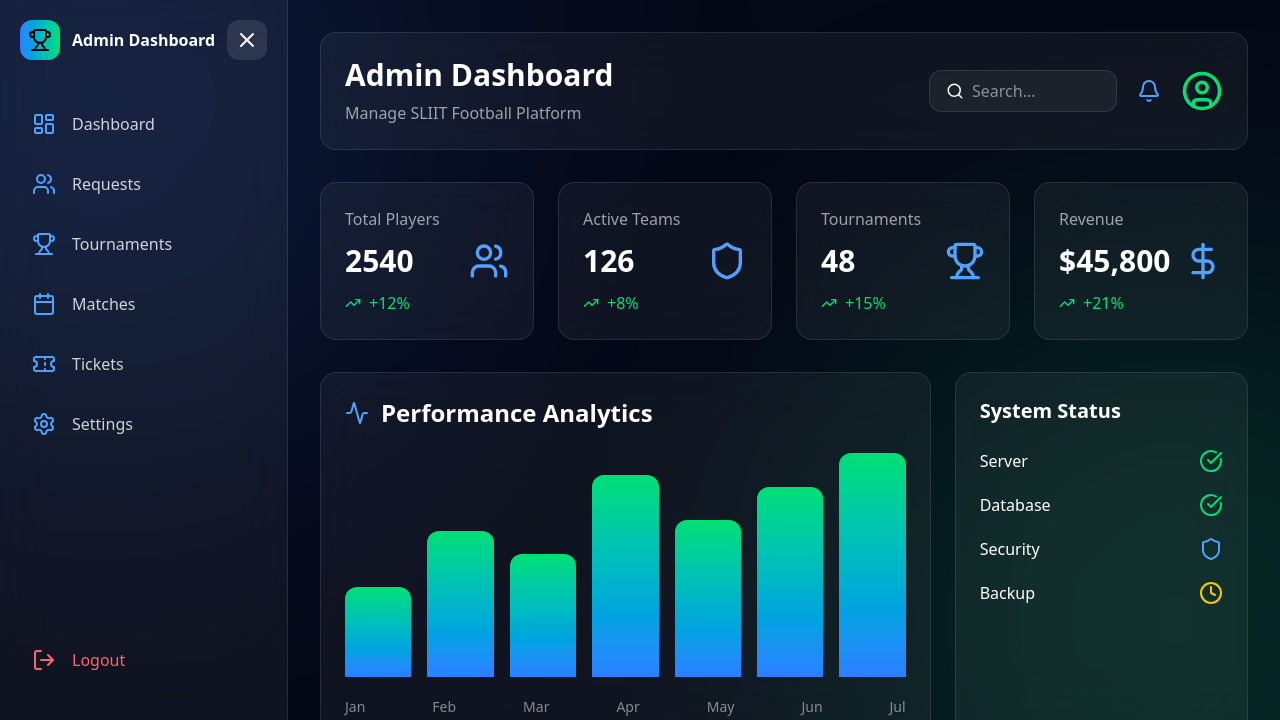
Repository: azeez6789/springboot-footbal-web
Page: / (app in client/)
An editor plug-in stored every save of this project. The page is shown before and after the next save, followed by the edit.
The browser window is 1280 px wide. The pictures show the whole page.
An inner scrolling area shows only its first screen. The project was rebuilt for these pictures with package versions that can differ from the ones it lists, and the page was loaded fresh each time. Also part of the build but not shown: client/vite.config.js, client/src/common/services/userService.js, client/src/common/pages/home.jsx, client/src/common/component/login.jsx, client/src/common/component/register.jsx, client/src/common/component/About.jsx, client/src/common/pages/tournament.jsx, client/src/common/pages/event.jsx and 2 more.

Above is the page before, as saved 2026-07-17 20:28:05.

### client/index.html
<!doctype html>
<html lang="en">
  <head>
    <meta charset="UTF-8" />
    <link rel="icon" type="image/svg+xml" href="/favicon.svg" />
    <meta name="viewport" content="width=device-width, initial-scale=1.0" />
    <title>SLIIT FOOTBALL  </title>
  </head>
  <body>
    <div id="root"></div>
    <script type="module" src="/src/main.jsx"></script>
  </body>
</html>

### client/src/main.jsx
import { StrictMode } from 'react'
import { createRoot } from 'react-dom/client'
import './index.css'
import App from './App.jsx'

createRoot(document.getElementById('root')).render(
  <StrictMode>
    <App />
  </StrictMode>
)

### client/src/App.jsx
import { BrowserRouter as Router, Routes, Route } from "react-router-dom";
import allRoutes from "./routes";
import { ToastContainer } from "react-toastify";
import "react-toastify/dist/ReactToastify.css";
import CRoutes from "./routes/commonroutes.jsx";


function App() {
  return (

    <Router>
      <Routes>
        {allRoutes.map((route, index) => (
          <Route key={index} path={route.path} element={route.element} />
        ))}
      </Routes>

      <ToastContainer
        position="top-right"
        autoClose={3000}
        hideProgressBar={false}
        newestOnTop={false}
        closeOnClick
        rtl={false}
        pauseOnFocusLoss
        draggable
        pauseOnHover
        theme="dark"
      />

    </Router>
  );
}

export default App;

### client/src/routes/index.jsx
import CRoutes from './commonroutes'
import fun01Routes from './function_01'

const allRoutes = [
    ...CRoutes,
    ...fun01Routes
]


export default allRoutes;

### client/src/routes/commonroutes.jsx
import Homepage from "../common/pages/home";
import Login  from "../common/component/login";
import Register from "../common/component/register";
import About from "../common/component/About";
import TournamentPage from "../common/pages/tournament";
import EventPage from "../common/pages/event";
import TicketPage from "../common/pages/ticket";


const commonroutes = [
    {path: "/home", element: <Homepage /> },
    {path: "/component/login" ,  element: <Login/>  },
    {path: "/component/register" ,  element: <Register/>  },
    {path: "/component/about" ,  element: <About/>  },
    {path: "/pages/tournament" ,  element: <TournamentPage/>  },
    {path: "/pages/event" ,  element: <EventPage/>  },
    {path: "/pages/ticket" ,  element: <TicketPage/>  },

];


export default commonroutes;

### client/src/routes/function_01.jsx
import Regrequest from "../function-01/pages/registerrequest";
import AdminDah from "../function-01/pages/AdminDashboard";

const function_01 = [

    {path: "/pages/Regrequest" ,  element: <Regrequest/>  },
    {path: "/" ,  element: <AdminDah/>  },

];


export default function_01;

### client/src/function-01/pages/AdminDashboard.jsx
import React, { useState } from "react";
import { useNavigate } from "react-router-dom";
import {
  LayoutDashboard,
  Users,
  Trophy,
  Calendar,
  Ticket,
  DollarSign,
  Settings,
  Bell,
  Search,
  Menu,
  X,
  UserCircle,
  TrendingUp,
  Shield,
  LogOut,
  ChevronRight,
  Activity,
  Award,
  CheckCircle,
  Clock,
  Star
} from "lucide-react";

export default function AdminDashboard() {
  const [sidebarOpen, setSidebarOpen] = useState(true);

  const navigate = useNavigate();

  const stats = [
    { title: "Total Players", value: "2540", icon: Users, growth: "+12%" },
    { title: "Active Teams", value: "126", icon: Shield, growth: "+8%" },
    { title: "Tournaments", value: "48", icon: Trophy, growth: "+15%" },
    { title: "Revenue", value: "$45,800", icon: DollarSign, growth: "+21%" }
  ];

  const players = [
    { name: "A. Perera", position: "Forward", team: "SLIIT Warriors", status: "Active" },
    { name: "M. Fernando", position: "Midfielder", team: "Blue Lions", status: "Active" },
    { name: "K. Silva", position: "Defender", team: "Royal FC", status: "Pending" },
    { name: "R. Mendis", position: "Goal Keeper", team: "Campus Stars", status: "Active" }
  ];

  const tournaments = [
    { name: "SLIIT Football Cup 2026", date: "August 12, 2026", teams: "32 Teams", status: "Running" },
    { name: "Inter University Championship", date: "September 05, 2026", teams: "24 Teams", status: "Upcoming" },
    { name: "Freshers League", date: "October 20, 2026", teams: "16 Teams", status: "Planning" }
  ];

  const activities = [
    "New player registration approved",
    "Tournament schedule updated",
    "New team created",
    "Ticket payment received",
    "Match result published"
  ];

  return (
    // 1. Locked main screen wrapper height to prevent window scrolling
    <div className="h-screen w-screen bg-[#050816] text-white relative overflow-hidden flex">
      {/* Background Blobs */}
      <div className="fixed w-[600px] h-[600px] bg-blue-500/20 blur-[160px] rounded-full top-[-200px] left-[-200px] pointer-events-none"></div>
      <div className="fixed w-[600px] h-[600px] bg-green-400/20 blur-[160px] rounded-full bottom-[-200px] right-[-200px] pointer-events-none"></div>

      {/* 2. SIDEBAR - Now perfectly static relative to layout viewport */}
      <div className={`${sidebarOpen ? "w-72" : "w-20"} h-screen bg-white/5 border-r border-white/10 backdrop-blur-xl p-5 transition-all duration-300 flex flex-col justify-between flex-shrink-0 z-20`}>
        <div>
          <div className="flex items-center justify-between mb-10">
            {sidebarOpen && (
              <div className="flex items-center gap-3">
                <div className="p-2 rounded-xl bg-gradient-to-r from-blue-500 to-green-400">
                  <Trophy className="text-black" />
                </div>
                <h1 className="text-L font-bold whitespace-nowrap">Admin Dashboard</h1>
              </div>
            )}
            <button
              onClick={() => setSidebarOpen(!sidebarOpen)}
              className="p-2 bg-white/10 rounded-xl hover:bg-white/20"
            >
              {sidebarOpen ? <X/> : <Menu />}
            </button>
          </div>

         <div className="space-y-3">
  <div
    onClick={() => navigate("/")}
    className="flex items-center gap-4 p-3 rounded-xl text-white/80 hover:bg-blue-500/20 cursor-pointer transition"
  >
    <LayoutDashboard className="text-blue-400" />
    {sidebarOpen && <span>Dashboard</span>}
  </div>

  <div
    onClick={() => navigate("/pages/Regrequest")}
    className="flex items-center gap-4 p-3 rounded-xl text-white/80 hover:bg-blue-500/20 cursor-pointer transition"
  >
    <Users className="text-blue-400" />
    {sidebarOpen && <span>Requests</span>}
  </div>

  <div
    onClick={() => navigate("/pages/tournament")}
    className="flex items-center gap-4 p-3 rounded-xl text-white/80 hover:bg-blue-500/20 cursor-pointer transition"
  >
    <Trophy className="text-blue-400" />
    {sidebarOpen && <span>Tournaments</span>}
  </div>

  <div
    onClick={() => navigate("/pages/event")}
    className="flex items-center gap-4 p-3 rounded-xl text-white/80 hover:bg-blue-500/20 cursor-pointer transition"
  >
    <Calendar className="text-blue-400" />
    {sidebarOpen && <span>Matches</span>}
  </div>

  <div
    onClick={() => navigate("/pages/ticket")}
    className="flex items-center gap-4 p-3 rounded-xl text-white/80 hover:bg-blue-500/20 cursor-pointer transition"
  >
    <Ticket className="text-blue-400" />
    {sidebarOpen && <span>Tickets</span>}
  </div>

  <div
    onClick={() => navigate("/component/register")}
    className="flex items-center gap-4 p-3 rounded-xl text-white/80 hover:bg-blue-500/20 cursor-pointer transition"
  >
    <Settings className="text-blue-400" />
    {sidebarOpen && <span>Settings</span>}
  </div>
</div>
        </div>

        <div className="mb-4">
          <div className="flex items-center gap-4 p-3 rounded-xl text-red-400 hover:bg-red-500/20 cursor-pointer">
            <LogOut className="flex-shrink-0" />
            {sidebarOpen && <span>Logout</span>}
          </div>
        </div>
      </div>

      {/* 3. MAIN CONTENT CONTAINER - This handles the scrolling now */}
      <div className="flex-1 h-screen overflow-y-auto p-8 relative z-10">
        {/* HEADER */}
        <div className="flex justify-between items-center bg-white/5 border border-white/10 backdrop-blur-xl rounded-2xl p-6 mb-8">
          <div>
            <h1 className="text-3xl font-bold">Admin Dashboard</h1>
            <p className="text-white/60 mt-2">Manage SLIIT Football Platform</p>
          </div>

          <div className="flex items-center gap-5">
            <div className="flex items-center gap-2 bg-white/5 border border-white/10 px-4 py-2 rounded-xl">
              <Search size={18} />
              <input placeholder="Search..." className="bg-transparent outline-none w-32" />
            </div>
            <Bell className="text-blue-400" />
            <UserCircle size={42} className="text-green-400" />
          </div>
        </div>

        {/* STATISTICS CARDS */}
        <div className="grid grid-cols-1 md:grid-cols-2 xl:grid-cols-4 gap-6 mb-8">
          {stats.map((item, index) => (
            <div
              key={index}
              className="bg-white/5 border border-white/10 backdrop-blur-xl rounded-2xl p-6 hover:bg-white/10 transition"
            >
              <div className="flex justify-between items-center">
                <div>
                  <p className="text-white/60">{item.title}</p>
                  <h2 className="text-3xl font-bold mt-3">{item.value}</h2>
                  <div className="flex items-center gap-2 text-green-400 mt-3">
                    <TrendingUp size={16} />
                    {item.growth}
                  </div>
                </div>
                <item.icon size={40} className="text-blue-400" />
              </div>
            </div>
          ))}
        </div>

        {/* ANALYTICS & SYSTEM STATUS */}
        <div className="grid lg:grid-cols-3 gap-6 mb-8">
          <div className="lg:col-span-2 bg-white/5 border border-white/10 backdrop-blur-xl rounded-2xl p-6">
            <div className="flex items-center gap-3 mb-6">
              <Activity className="text-blue-400" />
              <h2 className="text-2xl font-bold">Performance Analytics</h2>
            </div>

            <div className="h-56 flex items-end gap-4">
              {[40, 65, 55, 90, 70, 85, 100].map((height, index) => (
                <div
                  key={index}
                  style={{ height: `${height}%` }}
                  className="flex-1 bg-gradient-to-t from-blue-500 to-green-400 rounded-t-xl"
                ></div>
              ))}
            </div>

            <div className="flex justify-between text-white/50 text-sm mt-5">
              <span>Jan</span>
              <span>Feb</span>
              <span>Mar</span>
              <span>Apr</span>
              <span>May</span>
              <span>Jun</span>
              <span>Jul</span>
            </div>
          </div>

          <div className="bg-white/5 border border-white/10 backdrop-blur-xl rounded-2xl p-6">
            <h2 className="text-xl font-bold mb-6">System Status</h2>
            <div className="space-y-5">
              <div className="flex justify-between items-center">
                <span>Server</span>
                <CheckCircle className="text-green-400" />
              </div>
              <div className="flex justify-between items-center">
                <span>Database</span>
                <CheckCircle className="text-green-400" />
              </div>
              <div className="flex justify-between items-center">
                <span>Security</span>
                <Shield className="text-blue-400" />
              </div>
              <div className="flex justify-between items-center">
                <span>Backup</span>
                <Clock className="text-yellow-400" />
              </div>
            </div>
          </div>
        </div>

        {/* PLAYER MANAGEMENT */}
        <div className="bg-white/5 border border-white/10 backdrop-blur-xl rounded-2xl p-6 mb-8">
          <div className="flex justify-between items-center mb-6">
            <h2 className="text-2xl font-bold">Player Management</h2>
            <button className="px-5 py-2 rounded-xl bg-gradient-to-r from-blue-500 to-green-400 text-black font-semibold">
              View All
            </button>
          </div>

          <div className="overflow-x-auto">
            <table className="w-full">
              <thead>
                <tr className="border-b border-white/10 text-white/50 text-left">
                  <th className="pb-4">Player</th>
                  <th>Position</th>
                  <th>Team</th>
                  <th>Status</th>
                </tr>
              </thead>
              <tbody>
                {players.map((player, index) => (
                  <tr key={index} className="border-b border-white/10 hover:bg-white/5 transition">
                    <td className="py-5 font-semibold">{player.name}</td>
                    <td className="text-white/70">{player.position}</td>
                    <td className="text-white/70">{player.team}</td>
                    <td>
                      <span className={`px-3 py-1 rounded-full text-sm ${
                        player.status === "Active"
                          ? "bg-green-400/20 text-green-300"
                          : "bg-yellow-400/20 text-yellow-300"
                      }`}>
                        {player.status}
                      </span>
                    </td>
                  </tr>
                ))}
              </tbody>
            </table>
          </div>
        </div>

        {/* TOURNAMENT CARDS */}
        <div className="grid md:grid-cols-3 gap-6 mb-8">
          {tournaments.map((tour, index) => (
            <div
              key={index}
              className="bg-white/5 border border-white/10 backdrop-blur-xl rounded-2xl p-6 hover:bg-white/10 transition"
            >
              <div className="flex justify-between items-center">
                <Trophy className="text-yellow-400" />
                <Star className="text-blue-400" />
              </div>
              <h3 className="text-xl font-bold mt-5">{tour.name}</h3>
              <p className="text-white/60 mt-3">{tour.date}</p>
              <p className="text-blue-300 mt-2">{tour.teams}</p>
              <div className="flex justify-between items-center mt-6">
                <span className="px-3 py-1 rounded-full bg-blue-500/20 text-blue-300 text-sm">
                  {tour.status}
                </span>
                <ChevronRight className="text-white/60" />
              </div>
            </div>
          ))}
        </div>

        {/* RECENT ACTIVITIES & QUICK ACTIONS */}
        <div className="grid lg:grid-cols-2 gap-6 mb-8">
          <div className="bg-white/5 border border-white/10 backdrop-blur-xl rounded-2xl p-6">
            <div className="flex items-center gap-3 mb-6">
              <Activity className="text-blue-400" />
              <h2 className="text-2xl font-bold">Recent Activities</h2>
            </div>
            <div className="space-y-4">
              {activities.map((item, index) => (
                <div key={index} className="flex items-center justify-between bg-white/5 border border-white/10 rounded-xl p-4">
                  <div className="flex items-center gap-3">
                    <div className="w-3 h-3 rounded-full bg-green-400"></div>
                    <p className="text-white/80">{item}</p>
                  </div>
                  <span className="text-xs text-white/50">Today</span>
                </div>
              ))}
            </div>
          </div>

          <div className="bg-white/5 border border-white/10 backdrop-blur-xl rounded-2xl p-6">
            <h2 className="text-2xl font-bold mb-6">Quick Actions</h2>
            <div className="grid grid-cols-2 gap-4">
              <button className="bg-blue-500/20 border border-blue-400/20 rounded-xl p-5 hover:bg-blue-500/30 transition">
                <Users className="mx-auto text-blue-400 mb-3" />
                <p>Add Player</p>
              </button>
              <button className="bg-green-500/20 border border-green-400/20 rounded-xl p-5 hover:bg-green-500/30 transition">
                <Trophy className="mx-auto text-green-400 mb-3" />
                <p>Create Tournament</p>
              </button>
              <button className="bg-yellow-500/20 border border-yellow-400/20 rounded-xl p-5 hover:bg-yellow-500/30 transition">
                <Calendar className="mx-auto text-yellow-400 mb-3" />
                <p>Schedule Match</p>
              </button>
              <button className="bg-purple-500/20 border border-purple-400/20 rounded-xl p-5 hover:bg-purple-500/30 transition">
                <Ticket className="mx-auto text-purple-400 mb-3" />
                <p>Manage Tickets</p>
              </button>
            </div>
          </div>
        </div>

        {/* TOP PERFORMERS */}
        <div className="bg-white/5 border border-white/10 backdrop-blur-xl rounded-2xl p-6 mb-8">
          <div className="flex items-center gap-3 mb-6">
            <Award className="text-yellow-400" />
            <h2 className="text-2xl font-bold">Top Performers</h2>
          </div>

          <div className="grid md:grid-cols-3 gap-5">
            <div className="bg-white/5 rounded-xl p-5 border border-white/10">
              <h3 className="font-bold">Top Scorer</h3>
              <p className="text-white/60 mt-3">A. Perera</p>
              <span className="text-yellow-300">12 Goals</span>
            </div>
            <div className="bg-white/5 rounded-xl p-5 border border-white/10">
              <h3 className="font-bold">Best Assist</h3>
              <p className="text-white/60 mt-3">K. Silva</p>
              <span className="text-green-300">10 Assists</span>
            </div>
            <div className="bg-white/5 rounded-xl p-5 border border-white/10">
              <h3 className="font-bold">MVP Player</h3>
              <p className="text-white/60 mt-3">M. Fernando</p>
              <span className="text-blue-300">Season MVP</span>
            </div>
          </div>
        </div>

        {/* FOOTER */}
        <footer className="text-center text-white/50 py-8 border-t border-white/10">
          <p>© 2026 SLIIT Football Admin Dashboard</p>
          <p className="text-sm mt-2">Manage • Monitor • Grow Football Community</p>
        </footer>
      </div>
    </div>
  );
}

Loaded but not shown: client/src/index.css (common file)

After the next save:
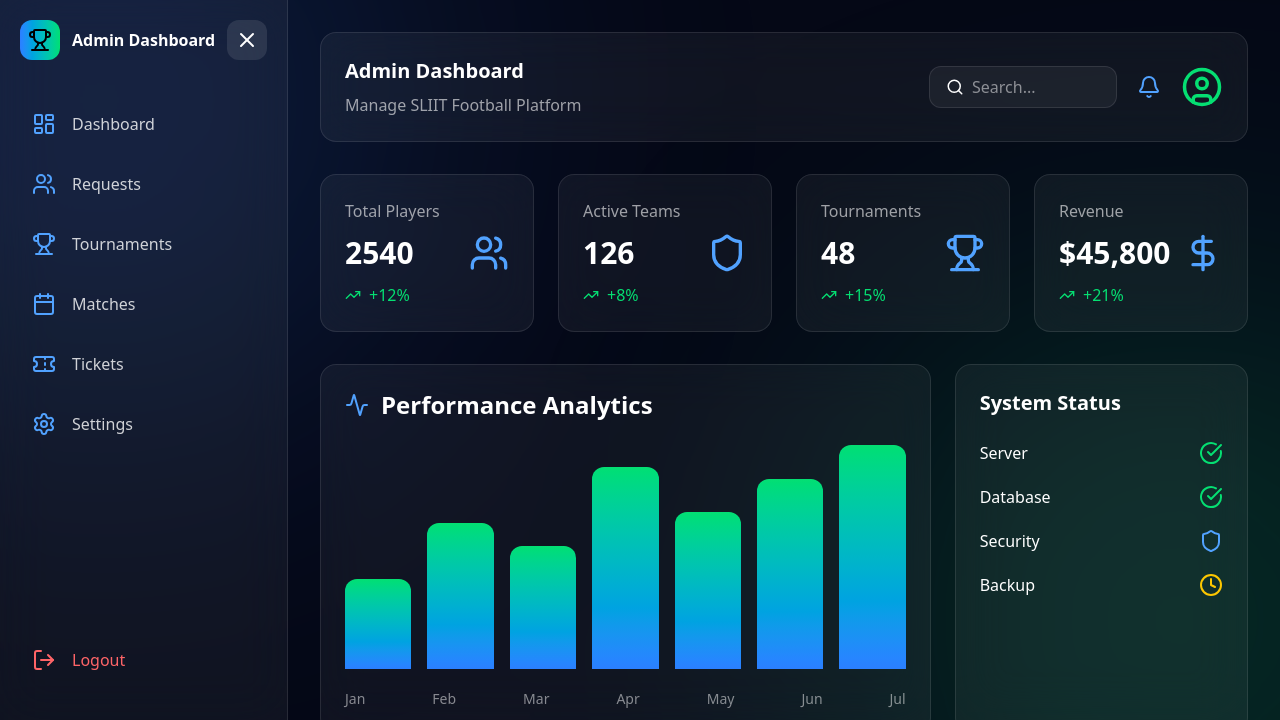
Saved 17 s later.
--- a/client/src/function-01/pages/AdminDashboard.jsx
+++ b/client/src/function-01/pages/AdminDashboard.jsx
@@ -148,7 +148,7 @@
         {/* HEADER */}
         <div className="flex justify-between items-center bg-white/5 border border-white/10 backdrop-blur-xl rounded-2xl p-6 mb-8">
           <div>
-            <h1 className="text-3xl font-bold">Admin Dashboard</h1>
+            <h1 className="text-xl font-bold">Admin Dashboard</h1>
             <p className="text-white/60 mt-2">Manage SLIIT Football Platform</p>
           </div>
 

After the save that followed:
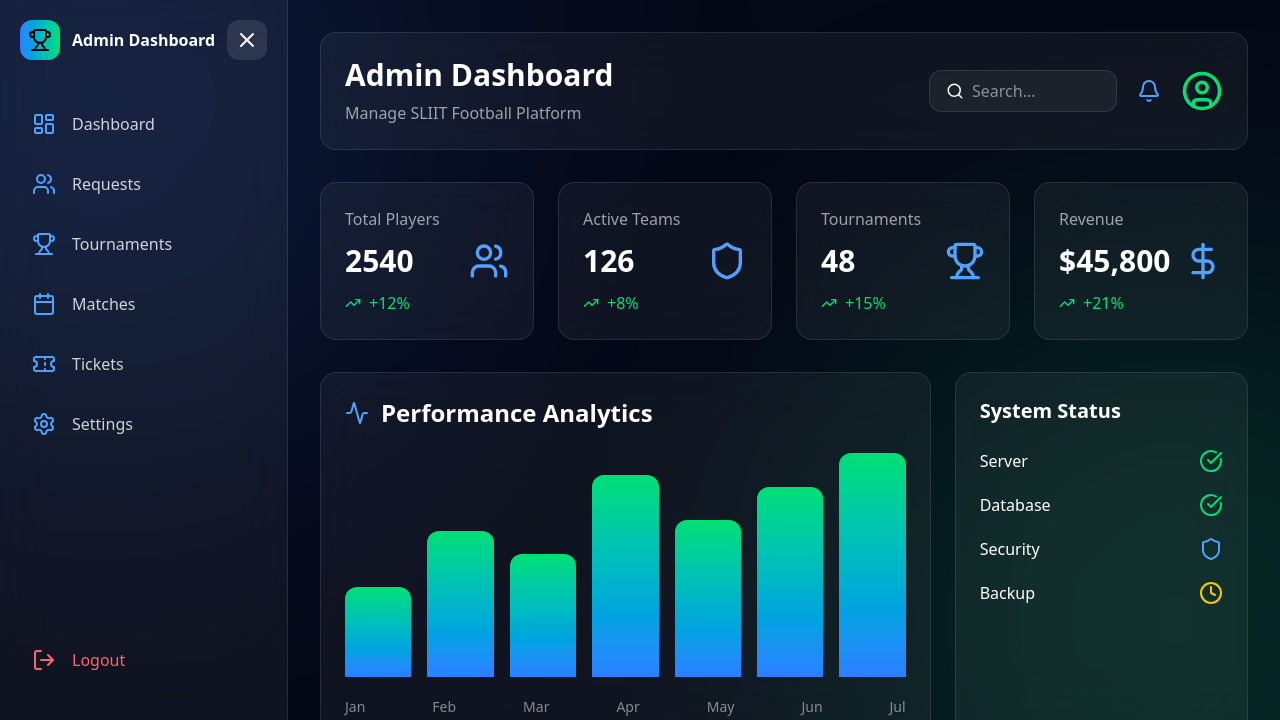
Saved 39 s later.
--- a/client/src/function-01/pages/AdminDashboard.jsx
+++ b/client/src/function-01/pages/AdminDashboard.jsx
@@ -148,7 +148,7 @@
         {/* HEADER */}
         <div className="flex justify-between items-center bg-white/5 border border-white/10 backdrop-blur-xl rounded-2xl p-6 mb-8">
           <div>
-            <h1 className="text-xl font-bold">Admin Dashboard</h1>
+            <h1 className="text-3xl font-bold">Admin Dashboard</h1>
             <p className="text-white/60 mt-2">Manage SLIIT Football Platform</p>
           </div>
 
